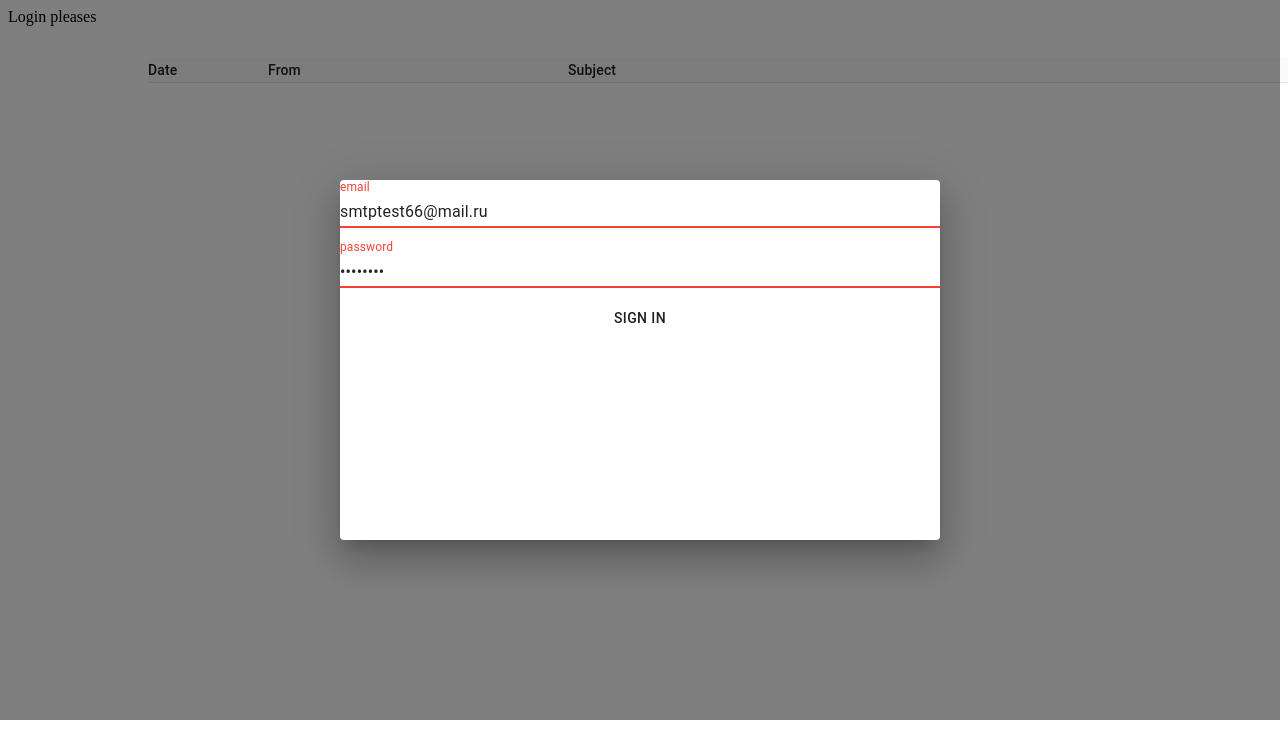
Repository: atakhanovrodion/mailclient
Page: / (app in client/)
An editor plug-in stored every save of this project. The page is shown before and after the next save, followed by the edit.
The browser window is 1280 px wide. The page is 1288 px wide, so the pictures cover 1288 px, including what lies to the right of the window. The pictures show the whole page.
The project was rebuilt for these pictures with package versions that can differ from the ones it lists, and the page was loaded fresh each time. Also part of the build but not shown: client/webpack.config.js.

Above is the page before, as saved 2021-03-16 10:18:57.

### client/src/index.html
<!DOCTYPE html>
<html lang="en">
  <head>
    <title>MAILCLIENT</title>
  </head>
  <body>
    <div id="root"></div>
  </body>
</html>

### client/src/main.tsx
import * as React from "react";
import * as ReactDOM from "react-dom";

//import "normalize.css";
import "./css/main.css";

import BaseLayout from "./components/BaseLayout";

const baseComponent = ReactDOM.render(
  <BaseLayout />,
  document.getElementById("root")
);

### client/src/css/main.css
.appContainer {
  display: grid;
  grid-template-columns: 140px 1fr;
  grid-template-rows: 50px 1fr;
  width: 100vw;
  height: 100vh;
}
.header {
  grid-column: 1 / 3;
}

.listOfMailboxes {
  grid-column: 1 / 2;
  grid-row: 2 / 2;
}

.loginForm {
  display: grid;
  grid-template-columns: 200px 1f;
  grid-template-rows: 60px 60px 1fr;
}

### client/src/components/BaseLayout.tsx
import * as React from "react";
import Login from "./Login";
import * as api from "../api";
import Header from "./Header";
import ListOfMailboxes from "./ListOfMailboxes";
import ListOfMessages from "./ListOfMessages";
import WaitView from "./WaitView";
type MyState = {
  isAuth: false;
  loginEmail: string;
  loginPassword: string;
  currenEmail: string;
  currentPassword: string;
  listOfMailboxes: api.IMailbox[];
  listOfMessages: api.IMessage[];
  currentHost: string;
  currentMailboxList: [];
  currentMessageBody: string;
  currentMailbox: string;
  waitState: boolean;
};

class BaseLayout extends React.Component {
  constructor(props: any) {
    super(props);
    this.handleInput = this.handleInput.bind(this);
    this.tryAuth = this.tryAuth.bind(this);
    this.signOut = this.signOut.bind(this);
    this.getMailbox = this.getMailbox.bind(this);
    this.getMessage = this.getMessage.bind(this);
  }
  state: MyState = {
    isAuth: false,
    loginEmail: "smtptest66@mail.ru",
    loginPassword: "imap1488",
    currenEmail: "undefined",
    currentPassword: "",
    listOfMailboxes: [],
    listOfMessages: [],
    currentHost: "",
    currentMailboxList: [],
    currentMessageBody: "",
    currentMailbox: "INBOx",
    waitState: false,
  };
  render() {
    return (
      <div>
        <Login
          onSubmit={this.tryAuth}
          onChange={this.handleInput}
          isOpen={this.state.isAuth}
          user={this.state.loginEmail}
          pass={this.state.loginPassword}
        />
        <WaitView state={this.state.waitState} />

        <div className="appContainer">
          <div className="header">
            <Header
              onClick={this.signOut}
              currentEmail={this.state.currenEmail}
              isAuth={this.state.isAuth}
            />
          </div>
          <div className="listOfMailboxes">
            <ListOfMailboxes
              mailboxes={this.state.listOfMailboxes}
              onClick={this.getMailbox}
            />
          </div>
          <div className="centerArea">
            {" "}
            <ListOfMessages
              messages={this.state.listOfMessages}
              onClick={this.getMessage}
            />
            {this.state.currentMessageBody}{" "}
          </div>
        </div>
      </div>
    );
  }

  handleInput(e: any): void {
    const target: string = e.target.id;
    this.setState({ [target]: e.target.value });
  }

  async tryAuth(): Promise<void> {
    let domain: string = findDomain(this.state.loginEmail);
    const info: api.IAuthInfo = {
      user: this.state.loginEmail,
      password: this.state.loginPassword,
      host: "imap." + domain,
      port: 993,
    };
    this.setState({
      waitState: true,
    });
    const apiWorker = new api.Worker();
    if ((await apiWorker.tryAuth(info)) == "succes") {
      const data = {
        loginEmail: "",
        loginPassword: "",
        isAuth: true,
        currenEmail: this.state.loginEmail,
        currentPassword: this.state.loginPassword,
        currentHost: domain,
      };
      this.setState(data);
      console.log(this.state);
      this.getListOfMailboxes();
      //TODO
      this.getMailbox("INBOx");
    }
    this.setState({ loginEmail: "", loginPassword: "", waitState: false });
  }

  async getListOfMailboxes(): Promise<void> {
    this.setState({
      waitState: true,
    });
    const apiWorker = new api.Worker();
    const mailboxes = await apiWorker.listOfMailboxes();
    this.setState({ listOfMailboxes: mailboxes, waitState: false });
  }

  async getMailbox(path: string): Promise<void> {
    this.setState({
      waitState: true,
    });
    const apiWorker: api.Worker = new api.Worker();
    const messages: api.IMessage[] = await apiWorker.getMailbox(path);
    this.setState({
      listOfMessages: messages,
      currentMailbox: path,
      waitState: false,
    });
    console.log(this.state);
  }

  async getMessage(message: api.IMessage): Promise<void> {
    this.setState({
      waitState: true,
    });
    const apiWorker: api.Worker = new api.Worker();
    const messageBody: string = await apiWorker.getMessage(
      this.state.currentMailbox,
      message.id.toString()
    );
    this.setState({
      currentMessageBody: messageBody,
      waitState: false,
    });
  }

  signOut(): void {
    this.setState({
      isAuth: false,
      listOfMailboxes: [],
      listOfMessages: [],
    });
  }
}
export default BaseLayout;

//TODO
//email validation
function findDomain(address: string): string {
  let i = 0;
  let domain = "";
  while (i < address.length) {
    if (address[i] == "@") {
      if (address[i + 1]) {
        let j = i + 1;
        while (j < address.length) {
          domain += address[j];
          j++;
        }
      }
    }
    i++;
  }
  return domain;
}

### client/src/components/Login.tsx
import React from "react";
import { withStyles } from "@material-ui/styles";
import Dialog from "@material-ui/core/Dialog";
import TextField from "@material-ui/core/TextField";
import Button from "@material-ui/core/Button";

type Props = {
  onSubmit: any;
  onChange: any;
  isOpen: boolean;
  user: string;
  pass: string;
  classes: any;
};

const styles = {
  dialogPaper: {
    minHeight: "50vh",
    maxHeight: "80vh",
  },
};

const Login: React.FC<Props> = ({
  onSubmit,
  onChange,
  isOpen,
  user,
  pass,
  classes,
}) => {
  return (
    <Dialog
      open={!isOpen}
      disableBackdropClick={true}
      disableEscapeKeyDown={true}
      fullWidth={true}
      classes={{ paper: classes.dialogPaper }}
    >
      <form className="loginForm">
        <TextField
          id="loginEmail"
          onChange={onChange}
          label="email"
          value={user}
          error={true}
        />
        <TextField
          id="loginPassword"
          onChange={onChange}
          label="password"
          type="password"
          value={pass}
          error={true}
        />
        <Button onClick={onSubmit}>Sign in</Button>
      </form>
    </Dialog>
  );
};

export default withStyles(styles)(Login);

### client/src/api.ts
import axios, { AxiosResponse } from "axios";

export interface IAuthInfo {
  host: string;
  port: number;
  user: string;
  password: string;
}
export interface IMailbox {
  name: string;
  path: string;
}
export interface IMessage {
  id: number;
  from: string;
  subject: string;
  date: string;
  body?: string;
}

export class Worker {
  public async tryAuth(info: IAuthInfo): Promise<string> {
    const response: AxiosResponse = await axios.post(
      "http://localhost:3001/auth",
      info
    );
    return response.data;
  }
  public async listOfMailboxes(): Promise<IMailbox[]> {
    const response: AxiosResponse = await axios.get(
      "http://localhost:3001/mailboxes"
    );
    return response.data;
  }
  public async getMailbox(mailbox: string): Promise<IMessage[]> {
    const response: AxiosResponse = await axios.get(
      `http://localhost:3001/mailboxes/${mailbox}`
    );
    return response.data;
  }
  public async getMessage(mailbox: string, id: string): Promise<string> {
    const response: AxiosResponse = await axios.get(
      `http://localhost:3001/mailboxes/${mailbox}/${id}`
    );
    return response.data;
  }
}

### client/src/components/Header.tsx
import React from "react";
import Button from "@material-ui/core/Button";
type Props = {
  onClick: any;
  currentEmail: string;
  isAuth: boolean;
};

const Header: React.FC<Props> = ({ onClick, currentEmail, isAuth }) => {
  return (
    <div>
      {isAuth == true ? (
        <div>
          Your email:{currentEmail}
          <Button onClick={onClick}>Sign out</Button>
        </div>
      ) : (
        <div>Login pleases </div>
      )}
    </div>
  );
};
export default Header;

### client/src/components/ListOfMailboxes.tsx
import React from "react";
import { IMailbox } from "../api";
import Chip from "@material-ui/core/Chip";
import List from "@material-ui/core/List";
type Props = {
  mailboxes: IMailbox[];
  onClick: any;
};

const listOfMailboxes: React.FC<Props> = ({ mailboxes, onClick }) => {
  return (
    <List>
      {mailboxes.map((value) => {
        return (
          <Chip
            onClick={() => {
              onClick(value.path);
            }}
            label={`${value.name}`}
          />
        );
      })}
    </List>
  );
};
export default listOfMailboxes;

### client/src/components/ListOfMessages.tsx
import React from "react";
import { IMessage } from "../api";

import Table from "@material-ui/core/Table";
import TableBody from "@material-ui/core/TableBody";
import TableCell from "@material-ui/core/TableCell";
import TableHead from "@material-ui/core/TableHead";
import TableRow from "@material-ui/core/TableRow";

type Props = {
  messages: IMessage[];
  onClick: any;
};

const ListOfMessages: React.FC<Props> = ({ messages, onClick }) => (
  <Table stickyHeader padding="none">
    <TableHead>
      <TableRow>
        <TableCell style={{ width: 120 }}>Date</TableCell>
        <TableCell style={{ width: 300 }}>From</TableCell>
        <TableCell>Subject</TableCell>
      </TableRow>
    </TableHead>
    <TableBody>
      {messages.map((message) => (
        <TableRow
          onClick={() => {
            onClick(message);
          }}
          key={message.id}
        >
          <TableCell>{new Date(message.date).toLocaleDateString()}</TableCell>
          <TableCell>{message.from}</TableCell>
          <TableCell>{message.subject}</TableCell>
        </TableRow>
      ))}
    </TableBody>
  </Table>
); /* Mailboxes. */

export default ListOfMessages;

### client/src/components/WaitView.tsx
import React from "react";

import Dialog from "@material-ui/core/Dialog";
import DialogContent from "@material-ui/core/DialogContent";
import DialogContentText from "@material-ui/core/DialogContentText";

type Props = {
  state: boolean;
};

const WaitView: React.FC<Props> = ({ state }) => {
  return (
    <Dialog
      open={state}
      disableBackdropClick={true}
      disableEscapeKeyDown={true}
      transitionDuration={0}
    >
      <DialogContent>
        <DialogContentText>Please wait...</DialogContentText>
      </DialogContent>
    </Dialog>
  );
};

export default WaitView;

After the next save:
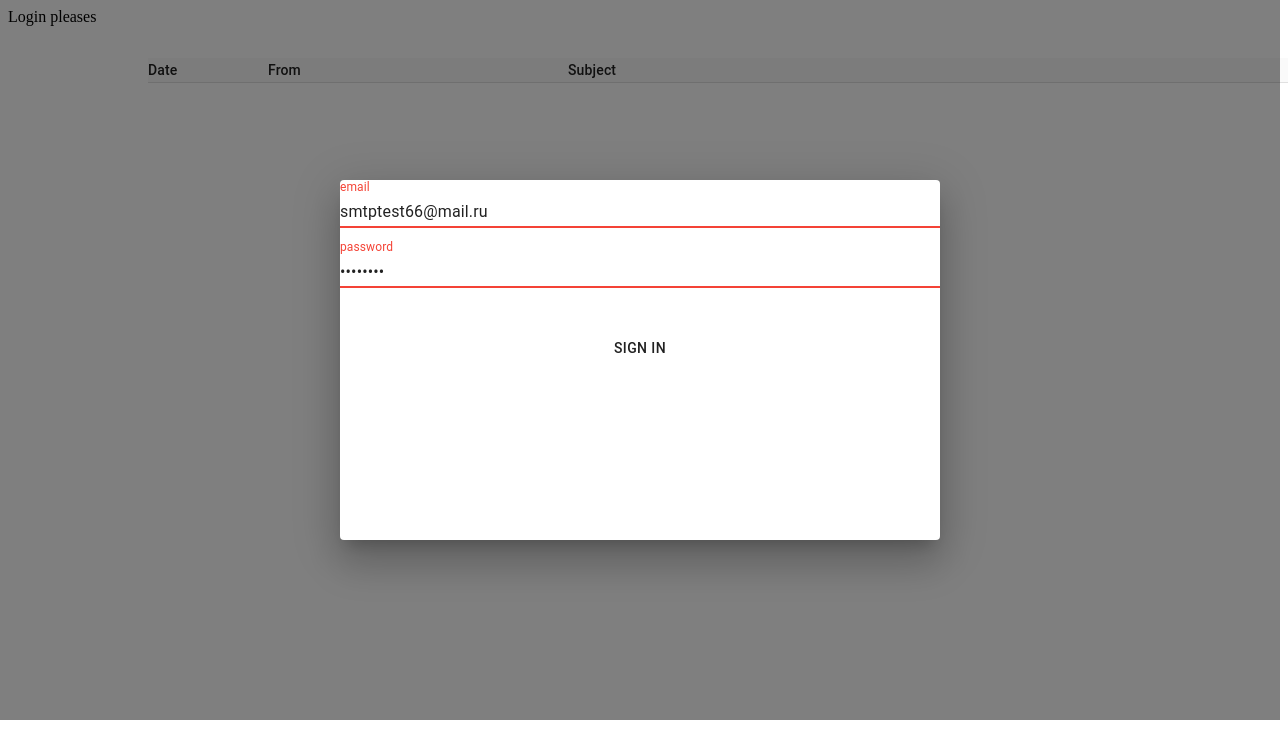
Saved 20 s later.
--- a/client/src/css/main.css
+++ b/client/src/css/main.css
@@ -17,5 +17,5 @@
 .loginForm {
   display: grid;
   grid-template-columns: 200px 1f;
-  grid-template-rows: 60px 60px 1fr;
+  grid-template-rows: 60px 90px 1fr;
 }
